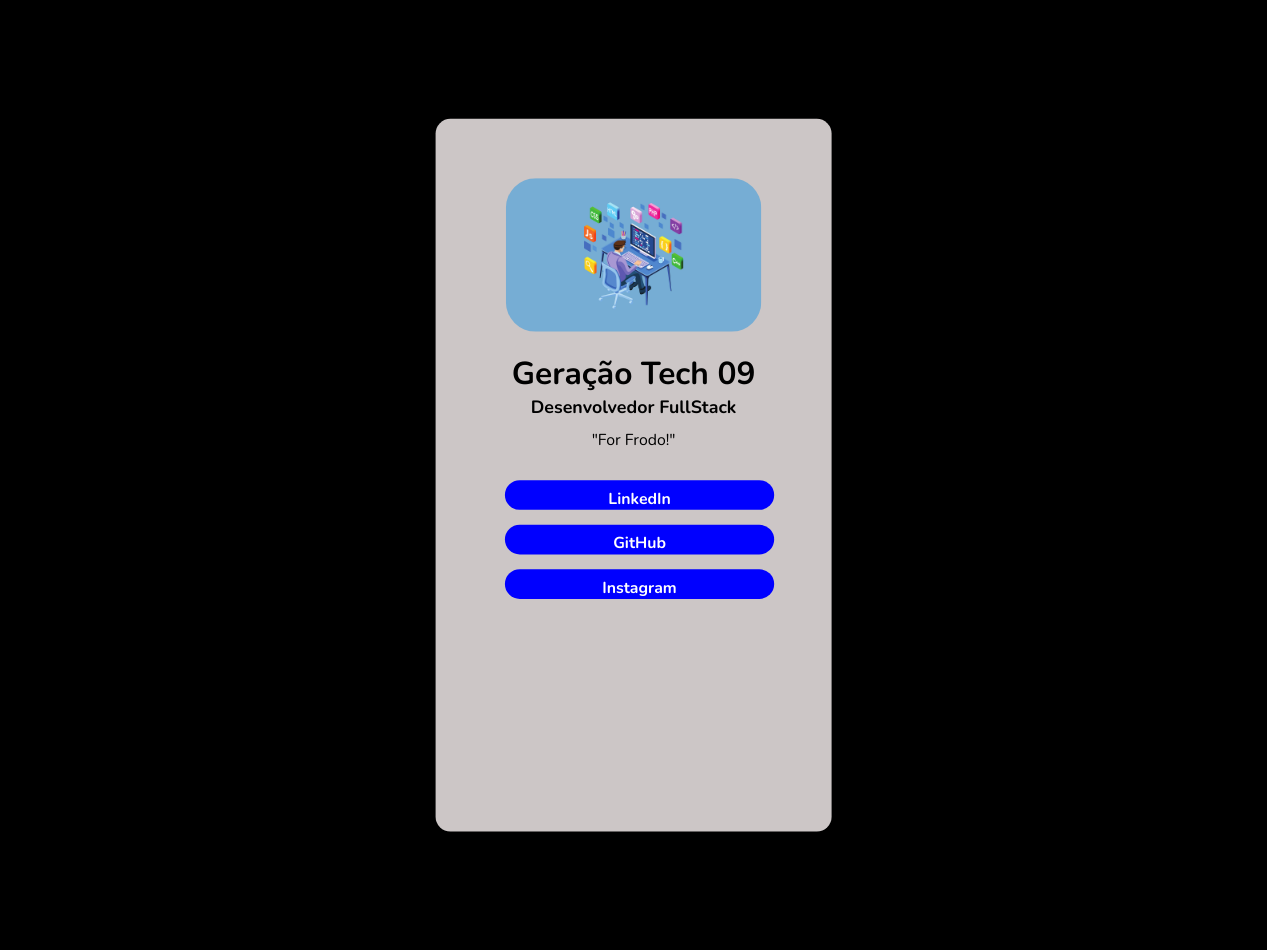
Repository: medeirosregis/linktree-gt09
Page: index.html
An editor plug-in stored every save of this project. The page is shown before and after the next save, followed by the edit.
The browser window is 1280 px wide. The pictures show the whole page, at 99% of full size.

Above is the page before, as saved 2025-04-11 10:27:36.

### index.html
<!DOCTYPE html>
<html lang="pt-br">
<head>
    <meta charset="UTF-8">
    <meta name="viewport" content="width=device-width, initial-scale=1.0">
    <title>Linktree</title>
    <link rel="stylesheet" href="style.css">
    <link rel="preconnect" href="https://fonts.googleapis.com">
    <link rel="preconnect" href="https://fonts.gstatic.com" crossorigin>
    <link href="https://fonts.googleapis.com/css2?family=Nunito:ital,wght@0,200..1000;1,200..1000&display=swap" rel="stylesheet">

</head>
<body>
    <div class="container-main">
        <div class="container-image">

            <img src="./assets/freelance-work-7308505_1280.png" alt="image-profile"/>
        <div class="container-infos">
            <h1>Geração Tech 09</h1>
            <h2>Desenvolvedor FullStack</h2>
        </div>
        <div class="container-easter-egg">
            <p>"For Frodo!"</p>
        </div>
        <div class="container-social">
            <ul>
                <a href="https://www.linkedin.com/login/pt" target="_blank">
                <li>LinkedIn</li></a>
                <a href="https://github.com/medeirosregis" target="_blank">
                <li>GitHub</li></a>
                <a href="https://instagram.com/" target="_blank">
                <li>Instagram</li></a>
            </ul>
        </div>
    </div>
</body>
</html>

### style.css
*{
    font-family: "Nunito", sans-serif;
    margin: 0;
    padding: 0;
    box-sizing: border-box;

}

body {
    background-color:rgb(0, 0, 0);
}

.container-main {
    background-color: #ccc6c6;
    width: 400px;
    height: 720px;
    box-sizing: border-box;
    margin: 120px auto;
    padding: 60px 70px;
    border-radius: 15px;
    text-align: center;
}

.container-image {
    margin: 0;

    & img {
        width: 258px;
        border-radius: 30px;
    }
}

.container-infos {
    margin-top: 15px;
    margin-bottom: 10px;
}

.container-infos h1 {
    font-weight: 700px;
}

.container-infos h2 {
    font-weight: 600px;
    font-size: 18px;
}

.container-social ul {
    list-style-type: none;
}

.container-social a {
    text-decoration: none;
    color: white;
}

.container-social {
    margin-top: 30px;
}

.container-social li {
    width: 272px;
    height: 30px;
    background-color: blue;
    margin: 15px 0;
    padding: 8px 0;
    border-radius: 20px;
    font-weight: 700;
}

After the next save:
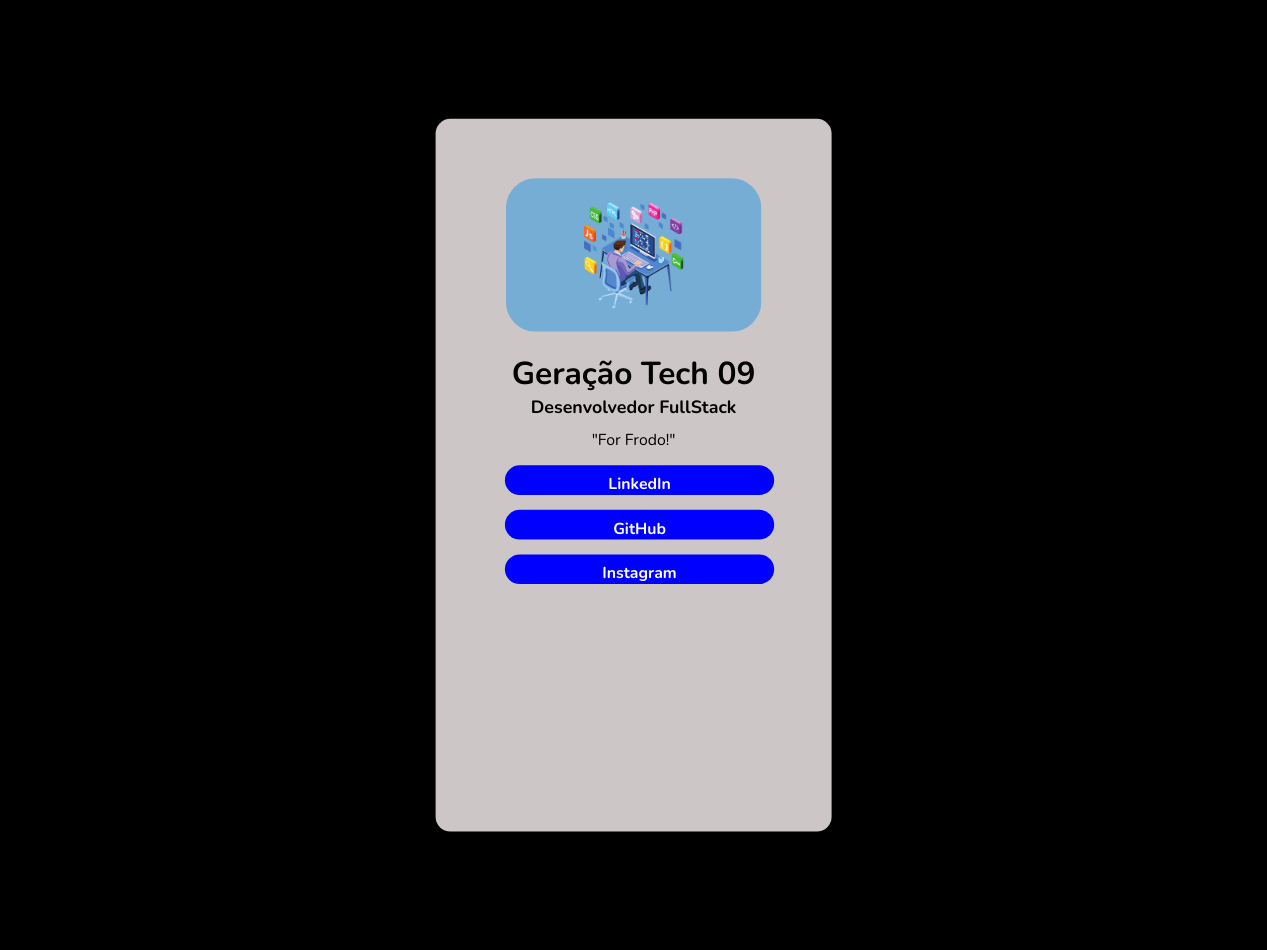
Saved 23 s later.
--- a/style.css
+++ b/style.css
@@ -54,7 +54,7 @@
 }
 
 .container-social {
-    margin-top: 30px;
+    margin-top: 0px;
 }
 
 .container-social li {
